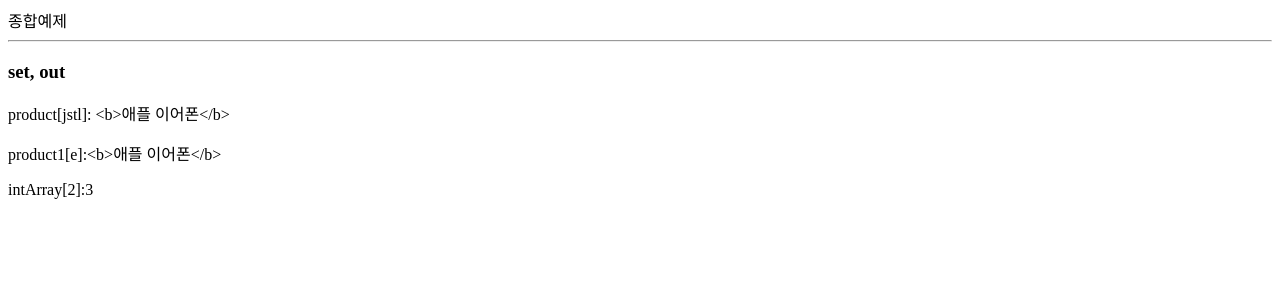
Repository: Hwater00/JSP-practice
Page: http://localhost/jwbook/ch07/jstlExam.jsp
These files come from the project's save history. The page is drawn as it stood at one moment and after the next save; the edit follows.
The browser window is 1280 px wide. The pictures show the whole page.
The page is served by Tomcat 9.

Above is the page before, as saved 2023-07-31 02:17:04.

After the next save:
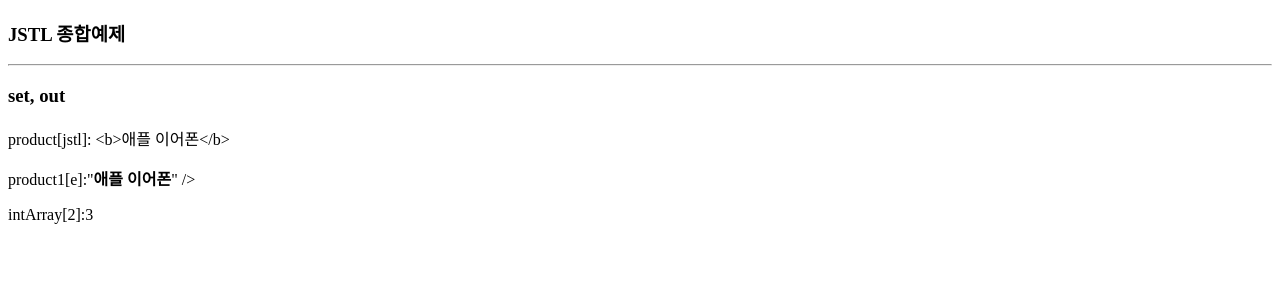
Saved 6 min 13 s later.
--- a/javaWorkspace/jwbook/src/main/webapp/ch07/jstlExam.jsp
+++ b/javaWorkspace/jwbook/src/main/webapp/ch07/jstlExam.jsp
@@ -8,7 +8,7 @@
 <title>종합예제</title>
 </head>
 <body>
-종합예제
+<h3>JSTL 종합예제</h3>
 <hr>
     <h3>set, out</h3>
     <c:set var="product1" value="<b>애플 이어폰</b>" />
@@ -19,7 +19,7 @@
     product[jstl]:
     <c:out value="${product1}" default="Not register" escapeXml="true" />
     </p>
-    <p>product1[e]:<c:out value="${product1}" /></p>
+    <p>product1[e]:"${product1}" /></p>
     <p>intArray[2]:${intArray[2]}</p>
 </body>
 </html>
